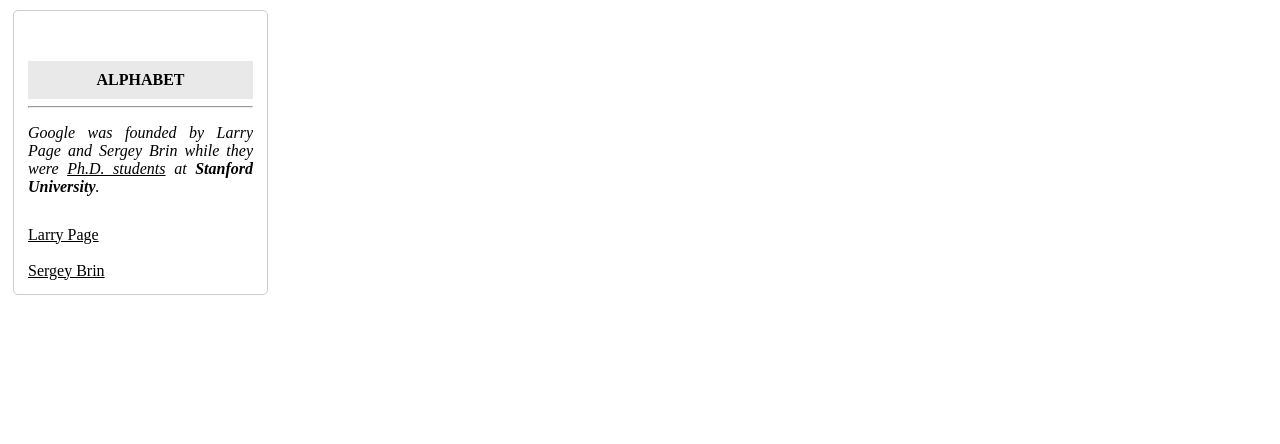
Repository: betsya97/freeCodeCamp_WebBasics
Page: html/appliedVisuals.html
An editor plug-in stored every save of this project. The page is shown before and after a run of saves, followed by the edit.
The browser window is 1280 px wide. The pictures show the whole page.

Above is the page before, as saved 2021-03-07 23:20:58.

### html/appliedVisuals.html
<style>

  a {
    color: #000;
  }
  /*anchor tags can remain color unless given the conditional to change "hover"*/
  a:hover{
    color: blue;
  }
    h4 {
      text-align: center;
      padding: 10px;
      background-color: rgba(45,45,45,0.1);
  /* add a background-color to the element holding the text you want to emphasize. */
      text-transform:uppercase;
      /*applies caps to all letters*/
      position: relative;
      top:15px;
      /*does not affect the other text*/
    }
    p {
      text-align: justify;
    }
    .links {
      text-align: left;
      color: black;
    }
    .fullCard {
      width: 245px;
      border: 1px solid #ccc;
      border-radius: 5px;
      margin: 10px 5px;
      padding: 4px;
    }
    .cardContent {
      padding: 10px;
    }
    .cardText {
      margin-bottom: 30px;
    }
  </style>
  <div class="fullCard">
    <div class="cardContent">
      <div class="cardText">
        <h4>Alphabet</h4>
        <hr>
        <p><em>Google was founded by Larry Page and Sergey Brin while they were <u>Ph.D. students</u> at <strong>Stanford University</strong>.</em></p>
      </div>
      <div class="cardLinks">
        <a href="https://en.wikipedia.org/wiki/Larry_Page" target="_blank" class="links">Larry Page</a><br><br>
        <a href="https://en.wikipedia.org/wiki/Sergey_Brin" target="_blank" class="links">Sergey Brin</a>
      </div>
    </div>
  </div>

  <!-- -->

After the next 2 saves:
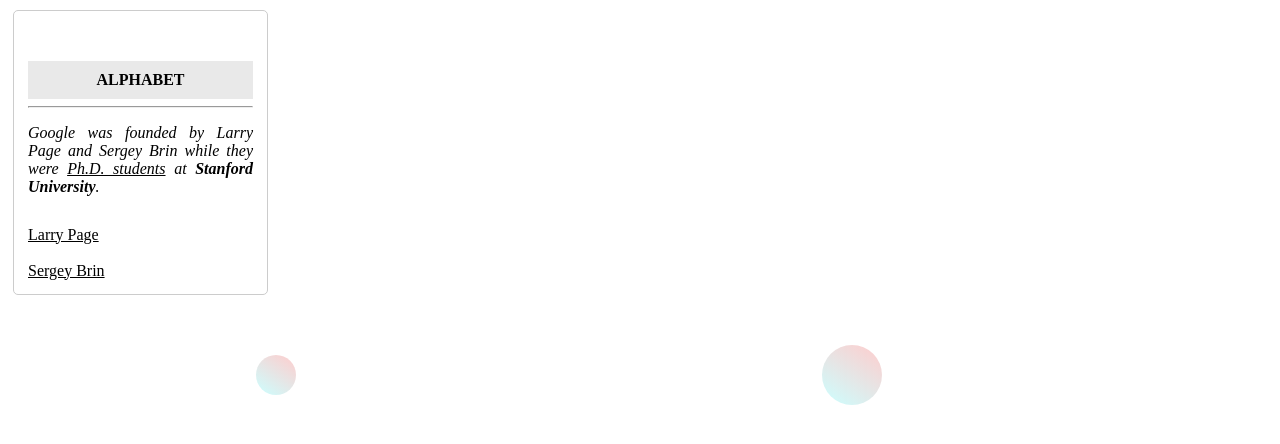
The 2 saves are shown as one change because they came seconds apart.
The last was saved 6 s later.
--- a/html/appliedVisuals.html
+++ b/html/appliedVisuals.html
@@ -53,4 +53,30 @@
     </div>
   </div>
 
-  <!-- -->
+  <!-- scaling-->
+  <style>
+    .ball {
+      width: 40px;
+      height: 40px;
+      margin: 50 auto;
+      position: fixed;
+      background: linear-gradient(
+        35deg,
+        #ccffff,
+        #ffcccc
+      );
+      border-radius: 50%;
+    }
+    #ball1 {
+      left: 20%;
+    }
+    #ball2 {
+      left: 65%;
+      transform: scale(1.5);
+    }
+
+
+  </style>
+
+  <div class="ball" id= "ball1"></div>
+  <div class="ball" id= "ball2"></div>
